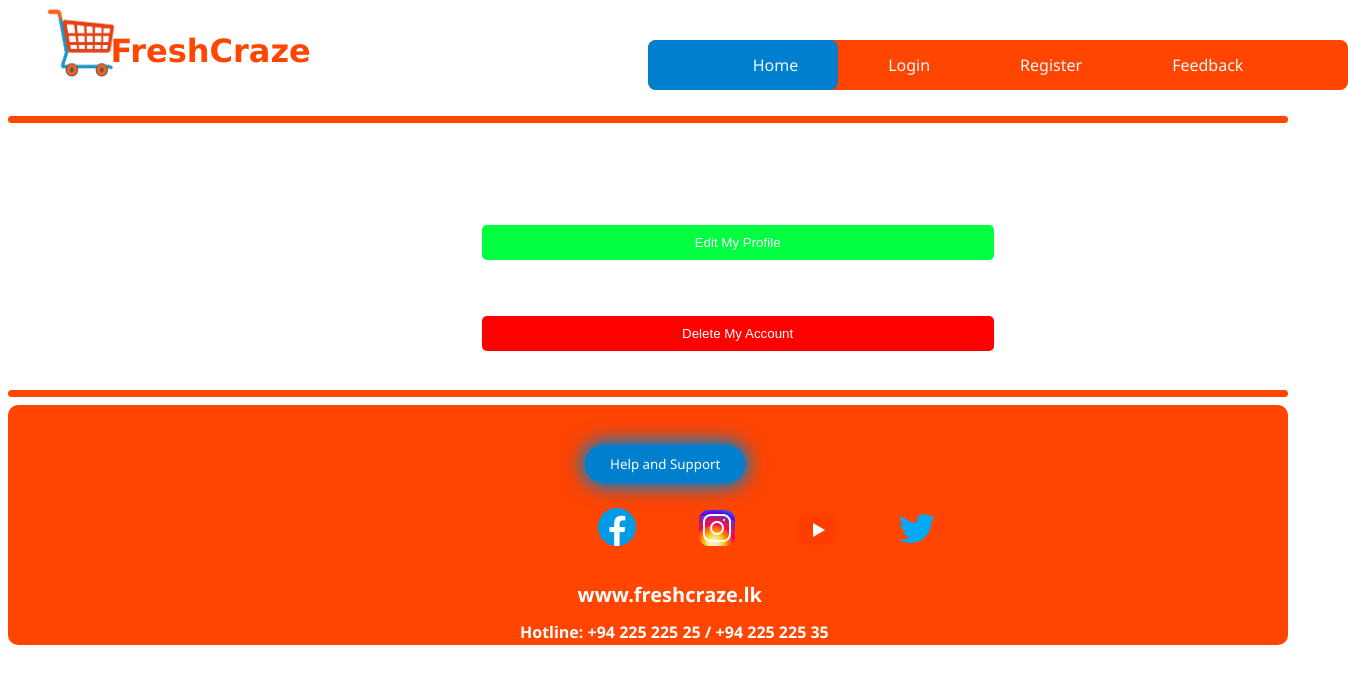
Repository: chamarac2002/FreshCraze
Page: http://localhost/CustomerDemo/useraccount.jsp
These files come from the project's save history. The page is drawn as it stood at one moment and after the next save; the edit follows.
The browser window is 1280 px wide. The page is 1348 px wide, so the pictures cover 1348 px, including what lies to the right of the window. The pictures show the whole page.
The page is served by Tomcat 9. Nobody is signed in. The application's start-up code is not run. The template is opened directly, without the code that normally fills it, so the values that code supplies are empty.

Above is the page before, as saved 2024-05-11 05:31:49.

After the next save:
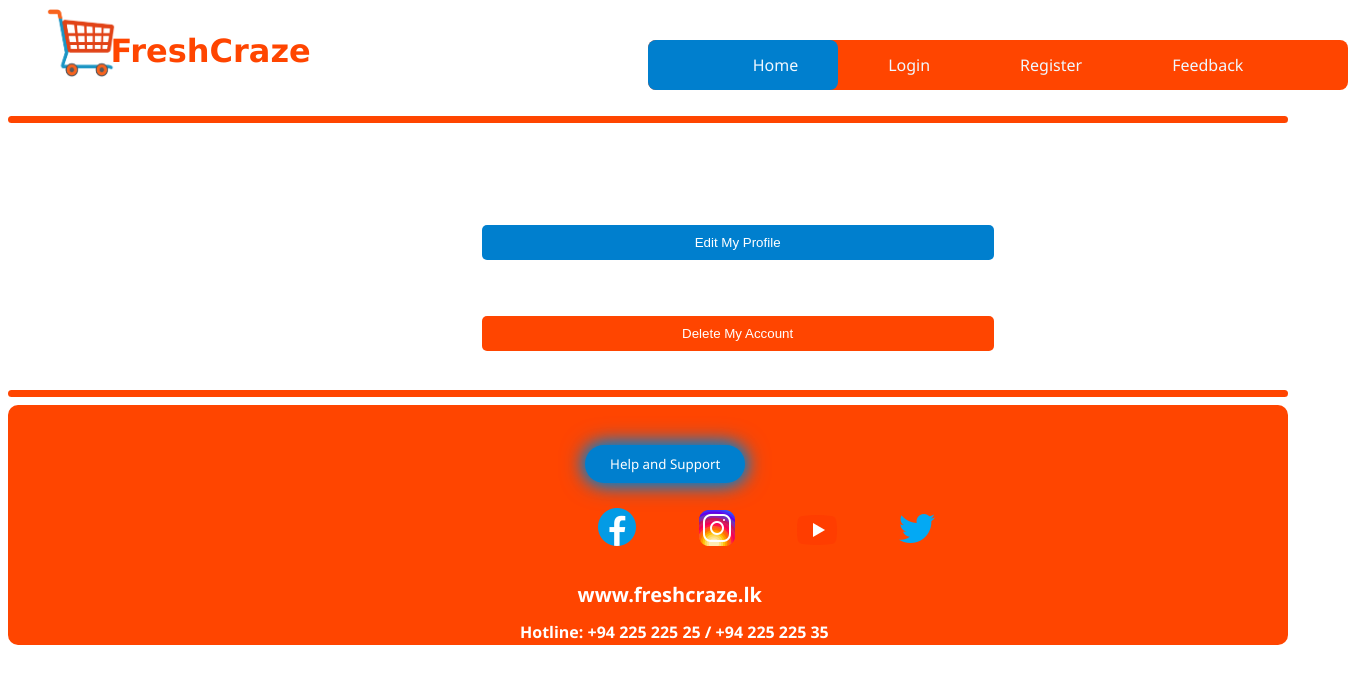
Saved 40 s later.
--- a/CustomerDemo/src/main/webapp/Styles/useraccountStyle.css
+++ b/CustomerDemo/src/main/webapp/Styles/useraccountStyle.css
@@ -210,7 +210,7 @@
     color : #ffffff;
   	width: 40%;
 	padding: 10px;
- 	background-color: #00ff40;
+ 	background-color: rgb(0, 127, 206);
  	border: none;
  	border-radius: 5px;
  	cursor: pointer;
@@ -223,7 +223,7 @@
     color : #ffffff;
   	width: 40%;
 	padding: 10px;
- 	background-color: #ff0000;
+ 	background-color: orangered;
  	border: none;
  	border-radius: 5px;
  	cursor: pointer;
